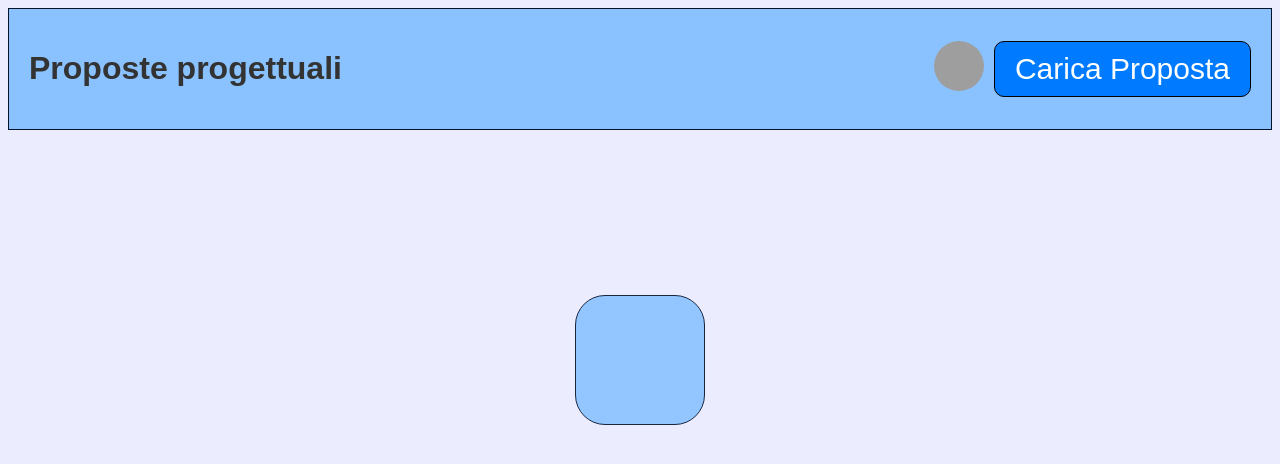
Repository: GabrielCellammare/WebApplication-SA-CyberSecurity
Page: http://localhost/WebProject-CellammareGabriel_ApplicationSecurity_/userLogged/indexLogged.jsp
An editor plug-in stored every save of this project. The page is shown before and after the next save, followed by the edit.
The browser window is 1280 px wide. The pictures show the whole page.
Pictures or frames that could not be fetched are drawn as grey boxes. The page is served by Tomcat 9. Nobody is signed in. The application's start-up code is not run.

Above is the page before, as saved 2024-01-15 17:51:27.

After the next save:
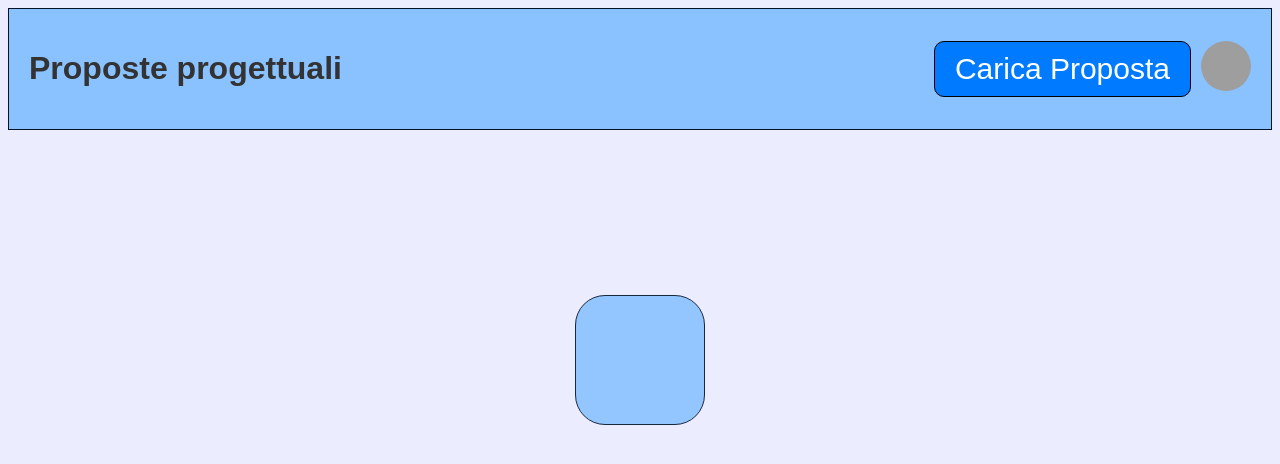
Saved 23 s later.
--- a/WebProject-CellammareGabriel(ApplicationSecurity)/WebContent/userLogged/indexLogged.jsp
+++ b/WebProject-CellammareGabriel(ApplicationSecurity)/WebContent/userLogged/indexLogged.jsp
@@ -15,6 +15,7 @@
     <div class="navbar">
         <h1>Proposte progettuali</h1>
         <div class="navbar-buttons">
+            <a href="caricaProposta.jsp" class="button">Carica Proposta</a>
             <div class="dropdown">
                 <img src="path_to_profile_image.jpg" alt="Profilo" class="profile-image">
                 <div class="dropdown-content">
@@ -22,7 +23,7 @@
                     <a href="modificaProfilo.jsp">Modifica Profilo</a>
                 </div>
             </div>
-            <a href="caricaProposta.jsp" class="button">Carica Proposta</a>
+
         </div>
     </div>
     <div class="container">
